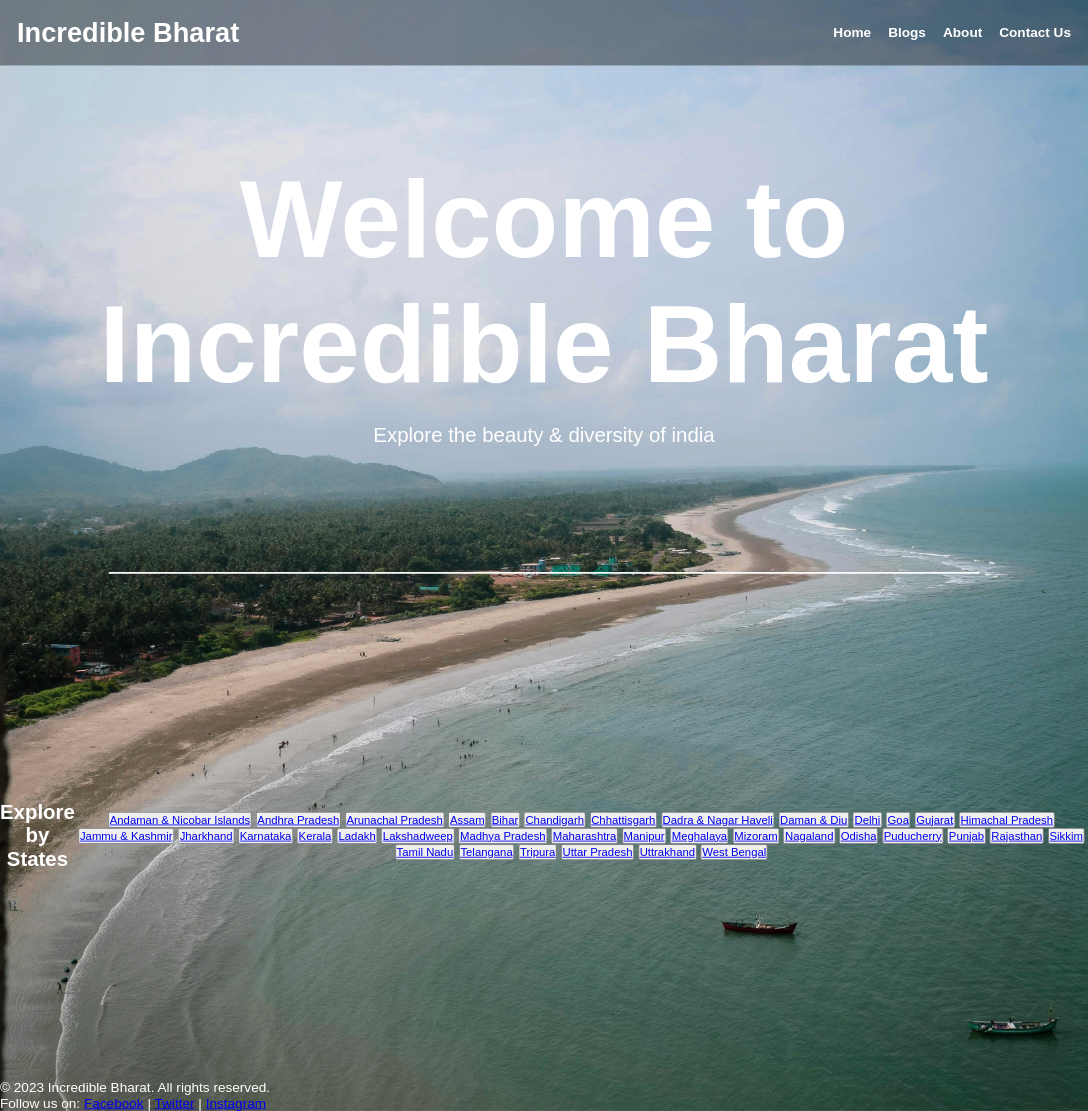
Repository: jaidhiman111/incrediblebharat
Page: index.html
These files come from the project's save history. The page is drawn as it stood at one moment and after the next save; the edit follows.
The browser window is 1280 px wide. The pictures show the whole page, at 85% of full size.

Above is the page before, as saved 2025-04-30 22:24:48.

After the next save:
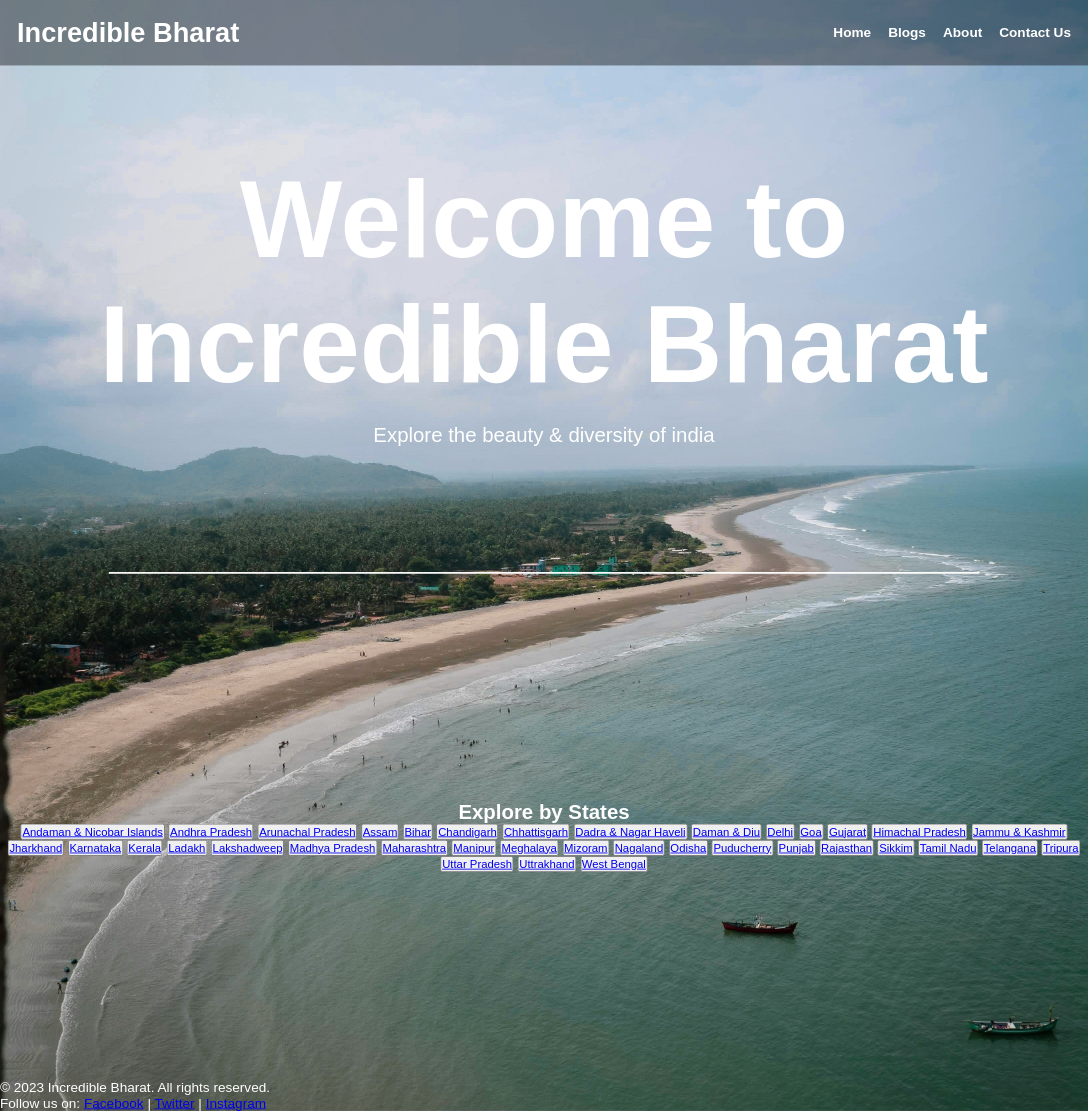
Saved 49 s later.
--- a/assets/style.css
+++ b/assets/style.css
@@ -78,6 +78,7 @@ hr {
 
 .state-section {
     display: flex;
+    flex-direction: column;    /* stack items vertically */
     justify-content: center;
     align-items: center;
     height: 80vh;
